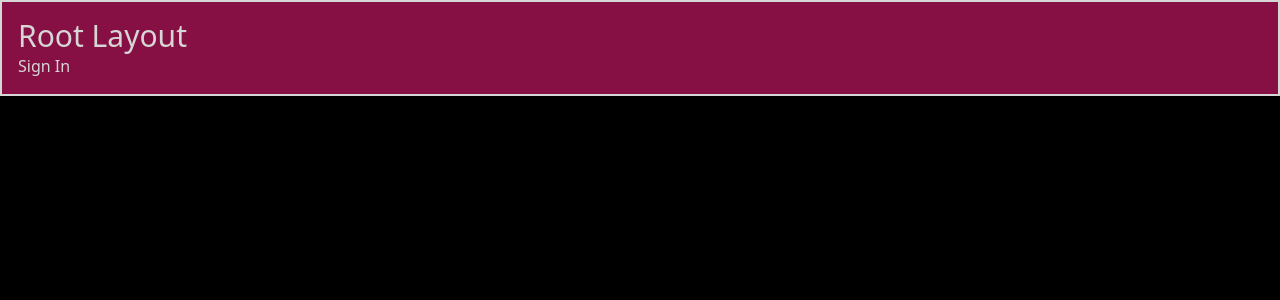
Repository: eyassud/notenow
Page: /signin
The author's editor kept a copy of each file at every save. The page is drawn from the files as they stood at one save, then again after a run of saves.
The browser window is 1280 px wide. The pictures show the whole page.
The project was rebuilt for these pictures with package versions that can differ from the ones it lists, and the page was loaded fresh each time. The framework's server and built-in components were replaced by stand-ins that run in the browser. Also part of the build but not shown: svelte.config.js, vite.config.ts.

Above is the page before, as saved 2025-12-12 12:25:20.

### src/routes/+layout.svelte
<script lang="ts">
	import './layout.css';
	import favicon from '$lib/assets/favicon.svg';

	let { children } = $props();
</script>

<svelte:head>
	<link rel="icon" href={favicon} />
</svelte:head>

<div class="border-2 bg-pink-900 p-4">
	<h1 class="text-3xl">Root Layout</h1>

	{@render children()}
</div>

### src/routes/(auth)/+layout.svelte
<script lang="ts">
	import type { LayoutProps } from './$types';

	let { data, children }: LayoutProps = $props();
</script>

{@render children()}

### src/routes/(auth)/signin/+page.svelte
<script lang="ts">
	import type { PageProps } from './$types';

	let { data }: PageProps = $props();
</script>

<h1>Sign In</h1>

### src/routes/layout.css
@import 'tailwindcss';
@plugin '@tailwindcss/forms';
@plugin '@tailwindcss/typography';
@plugin 'daisyui';

@plugin 'daisyui' {
	themes:
		light --preferswhite,
		black --default;
}

Loaded but not shown: src/app.html (common file)

After the next 10 saves:
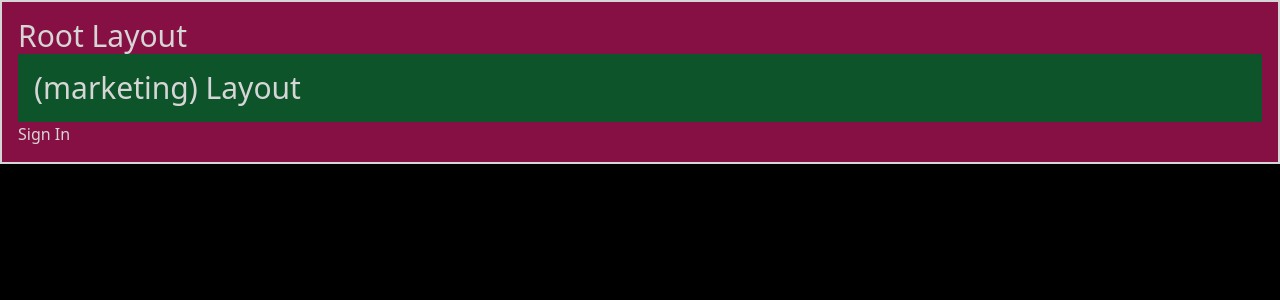
The 10 saves are shown as one change because they came seconds apart.
The last was saved 3 min 46 s later.
--- a/src/routes/(auth)/+layout.svelte
+++ b/src/routes/(auth)/+layout.svelte
@@ -4,4 +4,7 @@
 	let { data, children }: LayoutProps = $props();
 </script>
 
+<div class="bg-green-900 p-4">
+	<h1 class="text-3xl">(marketing) Layout</h1>
+</div>
 {@render children()}
